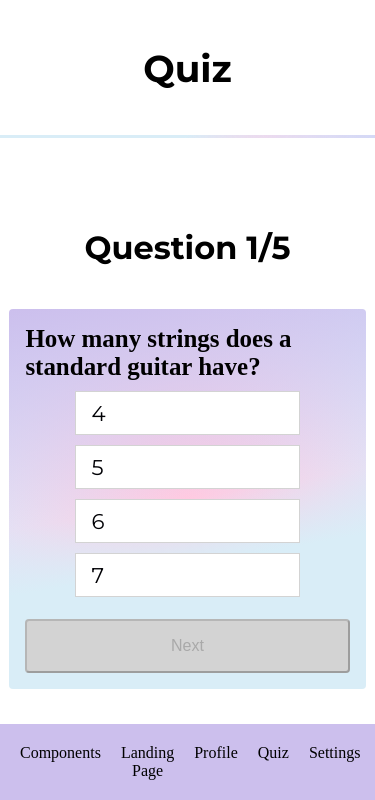
Repository: 1medi/pocketprof
Page: /quiz/page
These files come from the project's save history. The page is drawn as it stood at one moment and after the next save; the edit follows.
The browser window is 375 px wide. The pictures show the whole page.
The project was rebuilt for these pictures with package versions that can differ from the ones it lists, and the page was loaded fresh each time. The framework's server and built-in components were replaced by stand-ins that run in the browser. Also part of the build but not shown: next.config.mjs, Components/Buttons/Oscar/Oscar.module.css, Components/Buttons/Oscar/index.js.

Above is the page before, as saved 2024-04-13 21:15:00.

### pages/quiz/page.jsx
'use client';
import React, { useState, useRef, useEffect } from 'react';
import { quiz } from "../data"
import styles from "./page.module.css"
import { Montserrat } from "next/font/google"
import Header from '@/Components/Header';
import NavBar from "@/Components/Navbar"


const notoSans = Montserrat({
  subsets: ['latin'],
});

export default function Page() {
  const [activeQuestion, setActiveQuestion] = useState(0);
  const [selectedAnswer, setSelectedAnswer] = useState('');
  const [checked, setChecked] = useState(false);
  const [selectedAnswerIndex, setSelectedAnswerIndex] = useState(null);
  const [showResult, setShowResult] = useState(false);
  const [result, setResult] = useState({
    score: 0,
    correctAnswers: 0,
    wrongAnswers: 0,
  });

  const nextButtonRef = useRef(null);

  const { questions } = quiz;
  const { answers, correctAnswer } = questions[activeQuestion];

  const onAnswerSelected = (answer, idx, event = null) => {
    if (event && event.type === 'keydown' && (event.key !== 'Enter' && event.key !== ' ')) {
      return;
    }
    setChecked(true);
    setSelectedAnswerIndex(idx);
    if (answer === correctAnswer) {
      setSelectedAnswer(true);
      console.log('true');
    } else {
      setSelectedAnswer(false);
      console.log('false');
    }
  };


  useEffect(() => {
    if (checked && nextButtonRef.current) {
      nextButtonRef.current.focus();
    }
  }, [checked]);

  const nextQuestion = () => {
    setSelectedAnswerIndex(null);
    setResult((prev) =>
      selectedAnswer
        ? {
            ...prev,
            score: prev.score + 5,
            correctAnswers: prev.correctAnswers + 1,
          }
        : {...prev,
            wrongAnswers: prev.wrongAnswers + 1,
          }
    );
    if (activeQuestion !== questions.length - 1) {
      setActiveQuestion((prev) => prev + 1);
    } else {
      setActiveQuestion(0);
      setShowResult(true);
    }
    setChecked(false);
  };

  return (
    <>
    <Header name="Quiz"/>
      <div className={`${styles.container}`}>
      <div>
        <h2 className={styles.activeQ}>
          Question {activeQuestion + 1}
          <span>/{questions.length}</span>
        </h2>
      </div>
      <div>
        {!showResult ? (
          <div className={styles.quizContainer}>
            <h3 className={styles.question}>{questions[activeQuestion].question}</h3>
            {answers.map((answer, idx) => (
              <li
                key={idx}
                onClick={() => onAnswerSelected(answer, idx)}
                onKeyDown={(event) => onAnswerSelected(answer, idx, event)}
                className={`${styles.answerList} ${selectedAnswerIndex === idx ? styles.itemSelected : styles.itemHover}`}
                tabIndex={0}>
                <span>{answer}</span>
              </li>
            ))}

            <button
              ref={nextButtonRef}
              onClick={nextQuestion}
              className={checked ? styles.btn : styles.btnDisabled}
              tabIndex={2}
              disabled={!checked}>
              {activeQuestion === questions.length - 1 ? 'Finish' : 'Next'}
            </button>
          </div>
        ) : (
          <div className={styles.quizContainer}>
            <h3 className={styles.hthree}>Results</h3>
            <h3 className={styles.hthree}>Overall {(result.score / (questions.length * 5)) * 100}%</h3>
            <p className={styles.paragraph}>
              Total Questions: <span>{questions.length}</span>
            </p>
            <p className={styles.paragraph}>
              Total Score: <span>{result.score}</span>
            </p>
            <p className={styles.paragraph}>
              Correct Answers: <span>{result.correctAnswers}</span>
            </p>
            <p className={styles.paragraph}>
              Wrong Answers: <span>{result.wrongAnswers}</span>
            </p>
            <button className={styles.btn} onClick={() => window.location.reload()}>Restart</button>
          </div>
        )}
      </div>
    </div>
    <NavBar/>
    </>

  );
};

### styles/globals.css
:root {
background-color: white;
align-content: center;
--main-color-purple: #53239B;
--main-color-lightpurple: #CCBFED;
--secondary-color-blue: #9AB7F9;
--secondary-color-lightblue: #CCE3FB;

--font-header: 34pt ;
--font-section-header: 28pt;
--font-sub-header: 24pt;
--font-button: 16pt;
--font-body: 16pt;
--font-secondary: 14pt;
--font-tertiary:12pt;

--headings: "Montserrat", "sans-serif";;
--body-text: "Noto Sans", sans-serif;

}


* {
    padding: 0;
    margin: 0;
  }

  ol,
  ul {
    list-style: none;
  }

### pages/data.js
export const quiz = {
    totalQuestions: 5,
    questions: [
      {
        id: 1,
        question: 'How many strings does a standard guitar have?',
        answers: ['4', '5', '6', '7'],
        correctAnswer: '6',
      },
      {
        id: 2,
        question: 'Which part of the guitar do you strum or pluck the strings with?',
        answers: ['Headstock', 'Fretboard', 'Body', 'Bridge'],
        correctAnswer: 'Body',
      },
      {
        id: 3,
        question: 'What is a pick used for in playing the guitar?',
        answers: ['Holding the strings down', 'Strumming or plucking the strings', 'Keeping the guitar in tune', 'San Marino'],
        correctAnswer: 'Strumming or plucking the strings',
      },
      {
        id: 4,
        question: 'What is the name of the thickest string on the guitar?',
        answers: ['A string', 'E string', 'D string', 'G string'],
        correctAnswer: 'E string',
      },
      {
        id: 5,
        question: 'Where do you place your fingers to play different notes on the guitar?',
        answers: ['On the body', 'On the headstock', 'On the strings over the fretboard', 'On the tuning pegs'],
        correctAnswer: 'On the strings over the fretboard',
      },
    ],
  };

### pages/quiz/page.module.css

@media only screen and (max-width:431px) {
  .container{
  padding: 1rem 0;
  background-color: white;
  width: 95%;
  margin: auto;
  margin-top: 3rem;
  border-radius: 10px;
  font-size: var(--font-body);

}

.activeQ{
  color: black;
  text-align: center;
  padding:10px;
  font-family: var(--headings);
}

.hthree {
  padding-bottom: 2rem;
  color: #000105;
  font-size: 1.8rem;
}

.btn {
  padding: 16px 8px;
  width: 100%;
  margin-top: 12px;
  font-size: 1rem;
  border-radius: 4px;
  cursor: pointer;
  background-color: var(--main-color-purple);
  color: #f8f8f8;
}

.btnDisabled {
  background-color: lightgray;
  padding: 16px 8px;
  width: 100%;
  margin-top: 12px;
  font-size: 1rem;
  border-radius: 4px;
  color: darkgray;

}

.answerList {
  list-style-type: none;
  cursor: pointer;
  margin: 10px 50px;
  padding: 8px 15px;
  color: #000105;
  border: 1.5px solid lightgray;
  background-color: white;
  font-family: var(--headings);
}


.activeQ{
  margin: 1rem;
}

.itemHover:hover {
  background-color: #CCBFED;
  columns: #fff;
}

.itemSelected {
  color: #474747;
  background-color:#8E71D5;
}

.quizContainer {
  background: linear-gradient(-10deg, #d9edf7 35%, rgba(237, 202, 216, 0) 50%, var(--main-color-lightpurple)), radial-gradient(circle, #ffcae1 0, #daeafc 100%);
  padding: 1rem;
  margin-top: 2rem;
  border-radius: 4px;
}

.paragraph {
  padding: 8px 0;
}

}

### Components/Header/index.js
import styles from "@/Components/Header/Header.module.css"
import Link from "next/link"
import { Montserrat } from "next/font/google"

const montserrat = Montserrat({
  subsets: ['latin'],
});
export default function Header({name}){
  return (
    <>
    <header className={styles.header}>

      <h1 className={styles.headerTitle}>{name}</h1>
    </header>
    </>
  )
}

### Components/Navbar/index.js
import styles from "./Navbar.module.css"
import Oscar from "@/Components/Buttons/Oscar"
import Link from "next/link"

export default function NavBar() {
  return (
    <nav className={styles.nav}>
        <div className={styles.navContainer}>
          <ul className={styles.navOptions}>
            <li className={styles.navLink}>
            <Link href={'/Components'} className={styles.navText}>Components </Link>
            </li>
            <li className={styles.navLink}>
            <Link href={'/LandingPage'} className={styles.navText}>Landing Page </Link>
            </li>
            <li className={styles.navLink}>
            <Link href={'/Profile'} className={styles.navText}>Profile </Link>
            </li>
            <li className={styles.navLink}>
            <Link href={'/QuizPage'} className={styles.navText}>Quiz</Link>
            </li>
            <li className={styles.navLink}>
            <Link href={'/Settings'} className={styles.navText}>Settings</Link>
            </li>
            <li className={styles.navLink}>
            <Link href={'/Subjects'} className={styles.navText}>Subjects</Link>
            </li>
          </ul>

        </div>
    </nav>
  )
}

### Components/Header/Header.module.css
.header{
  max-height: 400;
  height: 6em;
  position: relative;
  padding: 1.3rem;
  backdrop-filter: blur(10px);
  }

  .header::before {
    content: "";
    position: absolute;
    inset: 0;
    border-bottom: 3px solid transparent;
    background: linear-gradient(140deg,  #d9edf7 35%, rgba(237, 202, 216, 0) 50%, var(--main-color-lightpurple)), radial-gradient(circle, #ffcae1 0, #daeafc 100%) border-box;
    mask: linear-gradient(#fff 0 0) padding-box, linear-gradient(#fff 0 0);
    mask-composite: exclude;
  }


.headerTitle{
  text-align: center;
  margin:auto;
  display: flex;
  justify-content: center;
  color: black;
  padding-top: 25px;
  font-family: var(--headings);
  font-size: var(--font-section-header);
}

### Components/Navbar/Navbar.module.css
@media only screen and (max-width:430px) {
  .nav {
  position: fixed;
  bottom: 0;
  left: 0;
  width: 100%;
  display: flex;
  flex-direction: row;
  background-color:var(--main-color-lightpurple);
  justify-content: space-around;
}

.navContainer{
  position: relative;
  justify-content: space-around;
  width: 100%;
}
.buttonContainer{
  padding:10px;

}

.navOptions{
  display: flex;
  flex-direction: row;
  text-align: center;
  justify-content: space-around;
  padding: 10px;
  text-decoration: none;
}

.navLink{
  padding: 10px;
  border-radius: 10px;
  text-decoration: none;
  list-style: none;
  position: relative;
  justify-content: center;
}

.image:hover{
  background-color: #8b82a4;
}

.navText{
  text-decoration: none;
  list-style: none;
  color:black;
}

.navText:visited{
  text-decoration: none;
  list-style: none;
  color: black;
}
}

Loaded but not shown: pages/_app.js (common file); pages/_document.js (common file)

After the next save:
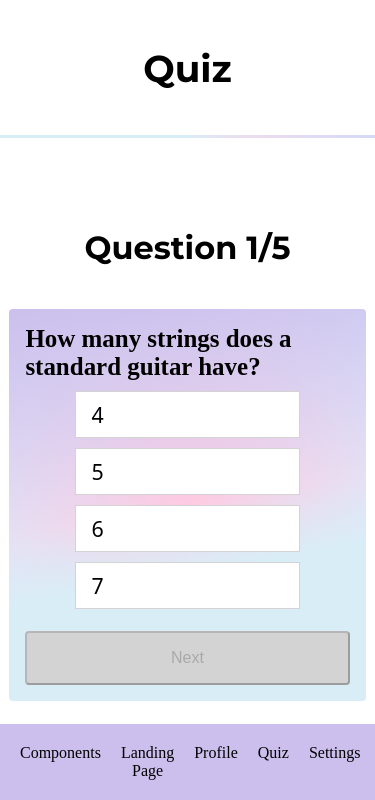
Saved 37 s later.
--- a/pages/quiz/page.module.css
+++ b/pages/quiz/page.module.css
@@ -54,7 +54,7 @@
   color: #000105;
   border: 1.5px solid lightgray;
   background-color: white;
-  font-family: var(--headings);
+  font-family: var(--body-text);
 }
 
 
